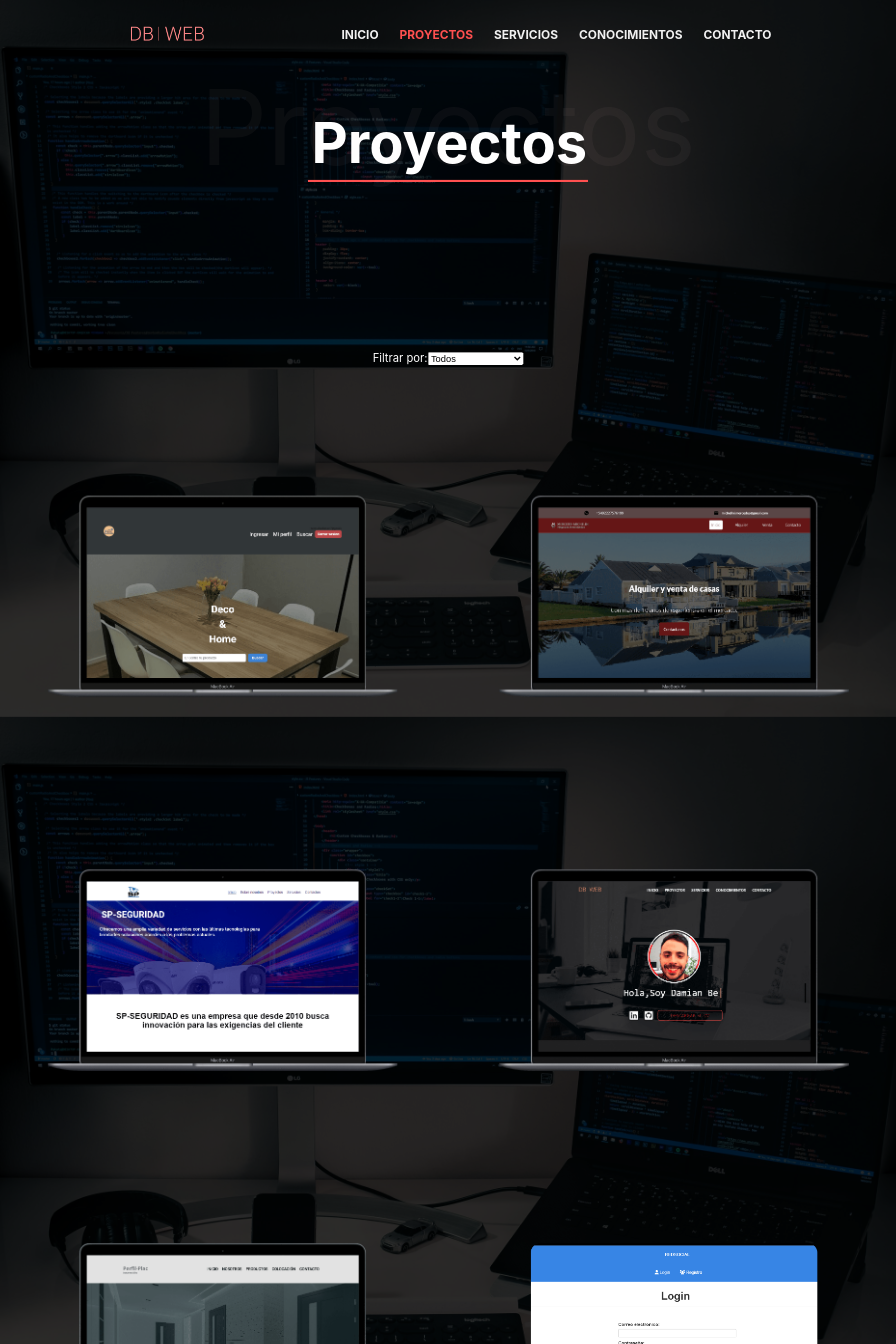
Repository: DamianBermudez94/DB-Porfolio
Page: /proyecto
The author's editor kept a copy of each file at every save. The page is drawn from the files as they stood at one save, then again after the next save.
The browser window is 1280 px wide. The pictures show the part of the page from y = 0 to 1920 px (the page is 2977 px tall before and 2986 px after), at 70% of full size.
Backgrounds fixed to the window are drawn as part of the page. Some web libraries are served in a nearby version. The project was rebuilt for these pictures with package versions that can differ from the ones it lists, and the page was loaded fresh each time. Also part of the build but not shown: vite.config.js, src/components/TextoCustom/styles.css, src/components/TextoCustom/CustomText.jsx, src/components/Home/styles.css, src/components/Home/Home.jsx, src/pages/Inicio.jsx, src/components/Servicios/styles.css, src/components/Servicios/Service.jsx and 8 more.

Above is the page before, as saved 2024-04-01 11:39:14.

### index.html
<!DOCTYPE html>
<html lang="es">
  <head>
    <meta charset="utf-8" />
    <meta name="viewport" content="width=device-width, initial-scale=1" />
    <meta name="geo.position" content="-35.1853171; -59.1479442" />
    <link
      rel="icon"
      type="image/png"
      sizes="32x32"
      href="./public/image/icons-favicon-DB.png"
    />
    <link
      rel="apple-touch-icon"
      type="image/png"
      sizes="32x32"
      href="./public/image/icons-favicon-DB.png"
    />

    <link rel="manifest" href="./src/manifiesto.json" />
    <title>Damián Bermúdez - Developer</title>
    <meta name="author" content="Damián Bermúdez" />
    <meta
      name="description"
      content="Desarrollador Web Full Stack - Diseñador Web - Paginás Web - Damián Bermúdez"
    />
    <meta name="theme-color" content="#000000" />
    <!--Estilos-->
    <script
      src="https://kit.fontawesome.com/bdbed0aafa.js"
      crossorigin="anonymous"
    ></script>
    <link rel="preconnect" href="https://fonts.gstatic.com" />
    <link rel="preconnect" href="https://fonts.gstatic.com" />
    <link rel="preconnect" href="https://fonts.gstatic.com" />
    <link rel="preconnect" href="https://fonts.gstatic.com" />
    <link
      href="https://fonts.googleapis.com/css2?family=Raleway:wght@200;300&family=Roboto:wght@100;300&display=swap"
      rel="stylesheet"
    />
  </head>
  <body>
    <div id="root"></div>
    <script type="module" defer src="/src/main.jsx"></script>
  </body>
</html>

### src/main.jsx
import ReactDOM from "react-dom/client";

import App from "./App";
import "./index.css";
const root = ReactDOM.createRoot(document.getElementById("root"));
root.render(<App />);

### src/App.jsx
import { useState, useEffect } from "react";
import { MisRutas } from "./routers/MisRutas";
import { BrowserRouter } from "react-router-dom";
import backgroundImage from "../public/image/banner-parallax2.jpg";
import "./App.css";
function App() {
  const [scrollPosition, setScrollPosition] = useState(0);

  useEffect(() => {
    const handleScroll = () => {
      setScrollPosition(window.pageYOffset);
    };

    window.addEventListener("scroll", handleScroll);

    return () => {
      window.removeEventListener("scroll", handleScroll);
    };
  }, []);

  return (
    <main className="content-main parallax-container">
      <div
        className="parallax-background"
        style={{
          backgroundImage: `url(${backgroundImage})`,
          backgroundPositionY: scrollPosition / 2 + "px",
        }}
      />
      <div className="parallax-content">
        <BrowserRouter>
          <MisRutas />
        </BrowserRouter>
      </div>
    </main>
  );
}

export default App;

### src/index.css
* {
  margin: 0;
  padding: 0;
  box-sizing: border-box;
}
body {
  font-family: -apple-system, BlinkMacSystemFont, "Segoe UI", "Roboto", "Oxygen",
    "Ubuntu", "Cantarell", "Fira Sans", "Droid Sans", "Helvetica Neue",
    sans-serif;
  -webkit-font-smoothing: antialiased;
  -moz-osx-font-smoothing: grayscale;
}

### src/routers/MisRutas.jsx
import {Routes, Route } from "react-router-dom";

import { Inicio } from "../pages/Inicio";
import { Servicios } from "../pages/Servicios";
import { AcerdaDe } from "../pages/AcerdaDe";
import { Contacto } from "../pages/contacto";
import { Proyectos } from "../pages/Proyecto";
import { Error } from "../components/Error";
import { NavHeader } from "../components/header/NavHeader";
import { Footer } from "../components/Footer/Footer";

export const MisRutas = () => {
  return (
    <div className="layout">
      {/*Header y navegacion*/}
      <NavHeader />
      {/*Contenido general*/}

      <Routes>
        <Route path="/" element={<Inicio />} />
        <Route path="/inicio" element={<Inicio />} />
        <Route path="/servicios" element={<Servicios />} />
        <Route path="/conocimientos" element={<AcerdaDe />} />
        <Route path="/contacto" element={<Contacto />} />
        <Route path="/proyecto" element={<Proyectos />} />
        <Route path="*" element={<Error />} />
      </Routes>

      {/* Footer*/}
      <Footer />
    </div>
  );
};

### src/App.css
.parallax-container {
  position: relative;
  overflow: hidden;
  color: #fff;


}
.parallax-background {
  position: absolute;
  top: 0;
  left: 0;
  width: 100%;
  height: 100%;
  background-size: cover;
  background-position: center;
  background-attachment: fixed;

}
.parallax-content {
 /* Agregamos una transición para suavizar la animación */
  padding-top: 150px;
  background-color: rgba(0, 0, 0, 0.8);
  position: relative;
  z-index: 1; /* Asegura que el contenido esté sobre la imagen de fondo */
}

### src/pages/Proyecto.jsx
import { ListadoTrabajos } from "../components/Proyectos/ListaTrabajos";

export const Proyectos = () => {
  return (
    <section className="section-proyectos">
      <h1 className="title-proyectos">Proyectos</h1>
      <span className="sub-title__proyectos">Proyectos</span>
      <ListadoTrabajos />
    </section>
  );
};

### src/components/header/NavHeader.jsx
import { useState, useEffect } from "react";
import { NavLink } from "react-router-dom";
import "./NavHeader.css";
import BurguerButton from "./burgerButton";

export const NavHeader = () => {
  const [clicked, setClicked] = useState(false);
  const [scrolled, setScrolled] = useState(false);
  const handleClick = () => {
    //cuando esta true lo pasa a false y vice versa
    setClicked(!clicked);
  };
  useEffect(() => {
    const handleScroll = () => {
      if (window.scrollY > 50) {
        setScrolled(true);
      } else {
        setScrolled(false);
      }
    };

    window.addEventListener("scroll", handleScroll);

    // Limpiar el event listener en el desmontaje del componente
    return () => {
      window.removeEventListener("scroll", handleScroll);
    };
  }, []);

  return (
    <header className={`header ${scrolled ? "scrolled" : ""}`}>
      <div className="nav-content">
        <div className="logo">
          <NavLink to="/inicio">
            <img
              src={"/image/Logo-DB.png"}
              alt="Damian Bermudez desarrollador web"
            ></img>
          </NavLink>
        </div>

        <BurguerButton
          className="btn-menu"
          clicked={clicked}
          handleClick={handleClick}
        />
        <nav className={`menu ${clicked ? "active" : ""}`}>
          <ul>
            <li>
              <NavLink
                to="/inicio"
                onClick={handleClick}
                className={({ isActive }) => (isActive ? "active" : "")}
              >
                Inicio
              </NavLink>
            </li>
            <li>
              <NavLink
                to="/proyecto"
                onClick={handleClick}
                className={({ isActive }) => (isActive ? "active" : "")}
              >
                proyectos
              </NavLink>
            </li>
            <li>
              <NavLink
                to="/servicios"
                onClick={handleClick}
                className={({ isActive }) => (isActive ? "active" : "")}
              >
                servicios
              </NavLink>
            </li>
            <li>
              <NavLink
                to="/conocimientos"
                onClick={handleClick}
                className={({ isActive }) => (isActive ? "active" : "")}
              >
                conocimientos
              </NavLink>
            </li>
            <li>
              <NavLink
                to="/contacto"
                onClick={handleClick}
                className={({ isActive }) => (isActive ? "active" : "")}
              >
                contacto
              </NavLink>
            </li>
          </ul>
        </nav>
      </div>
    </header>
  );
};

### src/components/Footer/Footer.jsx

import './Footer.css'
export const Footer = () => {
  return (
    <footer className="footer">
      <div className="contenedor-footer container">
          <div className="footer-redes__sociales">
              <a href="https://www.facebook.com" className="link-redes_sociales" ><i className="fab fa-facebook facebook"></i></a>
              <a href="https://www.instagram.com" className="link-redes_sociales" ><i className="fab fa-instagram instagran"></i></a>
              <a href="https://www.linkedin.com" className="link-redes_sociales" ><i className="fab fa-linkedin linkedin"></i></a>
              <a href="https:/www.github.com" className="link-redes_sociales" ><i className="fab fa-github-square github"></i></a>
          </div>
          <hr className='footer-linea__separacion' />
          <div className="footer-text">
              <p className="title-copy">Hecho por<a className="title-footer" href="https://damianbermudezdev.es/">DB|WEB</a></p>
          </div>
      </div>
    </footer>
  )
}

### src/components/header/NavHeader.css
.header {
  height: 80px;
  width: 100%;
  max-width: 1200px;
  display: flex;
  justify-content: space-around;
  align-items: center;
  position: fixed;
  top: 0;
  right: 0;
  left: 0;
  z-index: 1000;
  padding: 50px 20px;
margin: 0 auto;
  transition: background-color 0.5s ease;
}

/* Cambiar el fondo al hacer scroll */
.header.scrolled {
  background-color: rgba(83, 83, 83, 0.9);
  border-radius: 10px;
  width: 80%;
  display: flex;
  justify-content: center;
  align-items: center;
  position: fixed;

  margin: 0 auto;
}

.nav-content {
  width: 90%;
  height: 80px;
  margin: 0 auto;
  display: flex;
  justify-content: space-around;
  padding: 5px;
  align-items: center;
}
.header .logo img {
  width: 150px;
  height: 100px;
  object-fit: cover;
}

.header nav ul {
  display: flex;
  justify-content: center;
  align-items: center;
  list-style: none;
}
.header li {
  text-decoration: none;
  text-transform: uppercase;
  font-size: 17px;
  font-weight: bold;
  margin: 15px;
}
.header li a {
  text-decoration: none;
  transition: all 300ms;
  color: #f1f1f1;
}
.header .active,
.header a:hover {
  color: rgb(255, 80, 80);
}

.header .btn-menu {
  display: none;
}
@media screen and (max-width: 960px) {
  .header {
    max-width: 900px;
  }

  .header .logo img {
    width: 200px;
    height: 150px;
  }

  .menu {
    list-style-type: none;
    margin: 0;
    padding: 0;
    transform: translateY(-100%);
    transition: transform 0.5s ease-in-out;
    position: fixed;
    top: 150px;
    left: 0%;
    width: 100%;
    height: 100vh;
    width: 100%;
    display: flex;
    flex-direction: column;
    align-items: center;
    justify-content: center;
    height: 0;
    overflow: hidden;
    background-color: rgba(255, 255, 255, 0);
    backdrop-filter: blur(19px);
  }

  .menu.active {
    transform: translateY(0);
    width: 100%;
    height: 100vh;
    bottom: 10px;
    display: block;
    margin: 0 auto;
  }

  .menu ul {
    flex-direction: column;
    align-items: center;
    justify-content: center;
  }

  .menu li {
    width: 100%;
    margin: 10px auto;
    border-bottom: 1px solid rgb(255, 1, 1);
    margin: 10px 0;
    transform: translateY(-50px);
    opacity: 0;
    transition: transform 0.5s ease, opacity 0.5s ease;
  }
  .menu.active li {
    transform: translateY(0);
    opacity: 1;
    padding: 10px;
  }
  .menu a {
    text-decoration: none;
    color: #fff;
    font-size: 20px;
    transition: color 0.3s;
  }
  .menu a:hover {
    color: #ffd700;
  }
}
@media screen and (max-width: 480px) {
  .header {
    padding: 50px;

  }
  .header .logo img {
    width: 150px;
    height: 100px;
  }
}

### src/components/header/burgerButton.jsx
/* eslint-disable react/prop-types */

import styled from "styled-components";

function BurguerButton(props) {
  return (
    <Burguer>
      <div
        onClick={props.handleClick}
        className={`btn-menu nav-icon-5 ${props.clicked ? "open" : ""}`}
      >
        <span></span>
        <span></span>
        <span></span>
      </div>
    </Burguer>
  );
}

export default BurguerButton;

const Burguer = styled.div`
  /* nav-icon-5 */
  .nav-icon-5 {
    width: 35px;
    height: 30px;
    position: relative;
    cursor: pointer;
    display: flex;
    margin: 25px auto;
  }
  .nav-icon-5 span {
    background-color: #fff;
    position: absolute;
    border-radius: 2px;
    transition: 0.3s cubic-bezier(0.8, 0.5, 0.2, 1.4);
    width: 100%;
    height: 4px;
    transition-duration: 500ms;
  }
  .nav-icon-5 span:nth-child(1) {
    top: 0px;
    left: 0px;
  }
  .nav-icon-5 span:nth-child(2) {
    top: 13px;
    left: 0px;
    opacity: 1;
  }
  .nav-icon-5 span:nth-child(3) {
    bottom: 0px;
    left: 0px;
  }
  .nav-icon-5:not(.open):hover span:nth-child(1) {
    transform: rotate(-3deg) scaleY(1.1);
  }
  .nav-icon-5:not(.open):hover span:nth-child(2) {
    transform: rotate(3deg) scaleY(1.1);
  }
  .nav-icon-5:not(.open):hover span:nth-child(3) {
    transform: rotate(-4deg) scaleY(1.1);
  }
  .nav-icon-5.open span:nth-child(1) {
    transform: rotate(45deg);
    top: 13px;
  }
  .nav-icon-5.open span:nth-child(2) {
    opacity: 0;
  }
  .nav-icon-5.open span:nth-child(3) {
    transform: rotate(-45deg);
    top: 13px;
  }
  @media screen and (min-width: 960px) {
    .btn-menu {
      display: none;
    }
  }
`;

### src/components/Footer/Footer.css
.footer {
  min-height: 120px;
  line-height: 7px;
  text-align: center;
  font-size: 22px;
  padding: 45px;
  background-color: #212121;
}

.contenedor-footer {
  display: flex;
  flex-direction: column;
  justify-content: center;
  align-content: center;
  margin: 0 auto;
  padding: 20px;
}
.footer-text {
  display: flex;
  justify-content: center;
  align-items: center;
  padding: 10px;
  margin-top: 20px;
}
.title-copy {
  text-align: center;
  font-size: 26px;
  font-weight: 300;
}
.title-footer {
  text-decoration: none;
  color: rgb(252, 136, 136);
  margin-left: 5px;
}
.footer-linea__separacion{
  height: 1px;
  width: 100%;
  max-width: 700px;
  margin: 0 auto;


}
body.dark .title-copy {
  color: #f1f1f1;
}

.footer-redes__sociales {
  display: flex;
  justify-content: center;
  align-items: center;
  text-align: center;
  margin-bottom: 10px;
}
.link-redes_sociales {
  text-decoration: none;
  width: 50px;
  height: 50px;
  margin: 10px;
  color: rgb(255, 255, 255);
  background-color: rgb(28, 28, 28);
  border-radius: 10px;
  text-align: center;
  position: relative;
  transition: transform 0.4s;
  font-size: 26px;
  padding: 4px;
}
.link-redes_sociales:hover {
  transform: rotate(45deg);
}
.link-redes_sociales::before {
  content: "";
  position: absolute;
  width: 100%;
  height: 100%;
  opacity: 0;
  background-color: #373737;
  border-radius: 10px;
  transition: opacity 0.2s;
}
.link-redes_sociales:hover::before {
  opacity: 0.4;
}
.link-redes_sociales:nth-child(1)::before {
  background-color: rgb(255, 80, 80);
}
.link-redes_sociales:nth-child(2)::before {
  background-color: rgb(255, 80, 80);
}
.link-redes_sociales:nth-child(3)::before {
  background-color: rgb(255, 80, 80);
}
.link-redes_sociales:nth-child(4)::before {
  background-color: rgb(255, 80, 80);
}

.link-redes_sociales:hover::before {
  transform: translate(-4px, -4px);
  filter: blur(10px);
}

.link-redes_sociales i {
  font-size: 1.7em;
  transition: all 0.4s;
}
.link-redes_sociales:hover i {
  color: #f1f1f1;
  transform: rotate(-45deg);
}

body.dark .redes-sociales i {
  color: #f1f1f1;
}

### src/components/Proyectos/styles.css
/**--Estilos seccion Proyectos--**/
.section-proyectos {
  text-align: center;
  margin: 0;
  padding: 0;
}

.title-proyectos {
  width: 100%;
  max-width: 400px;
  padding: 5px;
  margin: 0 auto;
  font-size: 80px;
  color: rgb(255, 255, 255);
  border-bottom: 3px solid rgb(255, 80, 80);
}
.sub-title__proyectos {
  position: relative;
  opacity: 0.04;
  font-size: 150px;
  top: -170px;
  right: 0;
  color: rgb(253, 214, 214);
}
.container-proyectos {
  position: relative;
  top: 0;
  left: 0;
  width: 100%;
  max-width: 1600px;
  display: grid;
  grid-template-columns: repeat(2, 1fr);
  grid-gap: 30px;
  padding: 10px;
  margin: 0 auto;
}
.container-filtro{
  width: 100%;
  grid-column: span 2;
  padding: 50px;
}
.card-proyectos {
  width: 100%;
  display: flex;
  align-items: center;
  flex-direction: column;
  margin: 0 auto;
}
.content-proyectos__img img {
  object-fit: contain;
  border-radius: 5px;
  width: 700px;
  height: 500px;
  cursor: pointer;
  transition: all 0.5s;
}
.content-proyectos__img img:hover {
  filter: drop-shadow(5px 5px 3px red);
}

.card-proyectos span {
  display: block;
  color: white;
  font-size: 18px;
  margin-top: 35px;
}
.card-proyectos h2 {
  display: block;
  color: white;
  margin-top: 5px;
  font-size: 25px;
}
.card-proyectos a {
  color: white;
  text-decoration: none;
  transition: none;
  text-align: center;
}

.content-proyectos__enlace {
  width: 100%;
  display: flex;
  justify-content: center;
  align-items: center;
  padding: 20px;
  margin: 0 auto;
}

.proyectos-enlace {
  width: 40%;
  max-width: 200px;
  text-decoration: none;
  display: flex;
  align-items: center;
  justify-content: center;
  margin: 0 auto;
  font-size: 18px;
  cursor: pointer;
  text-transform: uppercase;
  letter-spacing: 2px;
  color: rgb(255, 0, 0);
  background-color: transparent;
  outline: 2px solid rgb(255, 80, 80);
  border: none;
  border-radius: 8px;
  padding: 10px 20px;
  position: relative;

  overflow: hidden;
  transition: color 1s;
}

.proyectos-enlace:hover {
  color: #000000;
  z-index: 1;
}

.proyectos-enlace::before {
  content: "";
  position: absolute;
  top: 0;
  left: -50px;
  width: 150%;
  height: 100%;
  background-color: rgba(255, 85, 85, 0.5);
  border: none;
  outline: 3px solid rgb(0, 0, 0);
  transform: scaleX(0) skewX(35deg);
  transform-origin: left;
  z-index: -1;
  transition: transform 1s;
}

.proyectos-enlace:hover::before {
  transform: scaleX(1) skewX(35deg);
}

/* Modal personalizado */
.mi-modal {
  width: 600px;
  height: 500px;
  display: flex;
  justify-content: space-between;
  align-items: center;
  background-color: rgba(0, 0, 0, 0.9);
  border-radius: 5px;
  box-shadow: 0 0 10px rgba(247, 10, 10, 0.9);
  padding: 20px;
}
.container-modal {
  width: 100%;
  height: 100%;
  display: flex;
  justify-content: space-around;
  padding: 10px;
  flex-direction: column;
}

.mi-modal-overlay {
  width: 100%;
  height: 100vh;
  color: #fff;
  display: flex;
  justify-content: center;
  align-items: center;
  position: fixed;
  top: 0;
  left: 0;
  right: 0;
  bottom: 0;
  background-color: rgba(0, 0, 0, 0.2);
  margin: 0 auto;
  z-index: 111111111111111111111;
}
@media (max-width: 1480px) {
  .content-proyectos__img img {
    width: 500px;
    height: 500px;
  }
}

@media (max-width: 1120px) {
  .content-proyectos__img img {
    width: 450px;
    height: 450px;
  }
}
@media (max-width: 960px) {
  .container-proyectos {
    display: grid;
    grid-template-columns: repeat(1, 1fr);
    grid-gap: 10px;
  }
  .mi-modal {
    width: 400px;
    height: 500px;
    display: flex;
    justify-content: space-between;
    align-items: center;
    background-color: rgba(0, 0, 0, 0.336);
    border-radius: 5px;
    padding: 20px;
    box-shadow: 0 0 10px rgba(247, 10, 10, 0.9);
  }
}
@media (max-width: 760px) {
  .container-proyectos {
    grid-template-columns: repeat(1, 1fr);
  }
  .content-proyectos__img img {
    width: 400px;
    height: 400px;
  }
  .sub-title__proyectos {
    font-size: 105px;
    top: -135px;
  }
}
@media (max-width: 480px) {
  .title-proyectos {
    font-size: 40px;
    max-width: 300px;
  }
  .sub-title__proyectos {
    font-size: 70px;
    top: -90px;
  }
  .content-proyectos__img img {
    width: 300px;
    height: 300px;
  }
  .mi-modal {
    width: 300px;
  }
}
@media (max-width: 360px) {
  .title-proyectos {
    font-size: 35px;
    max-width: 200px;
  }
  .sub-title__proyectos {
    font-size: 50px;
    top: -70px;
  }
  .content-proyectos__img img {
    width: 250px;
    height: 250px;
  }
  .mi-modal {
    width: 300px;
  }
}

Loaded but not shown: src/data/trabajos.js (92 lines, source omitted); src/components/Proyectos/ListaTrabajos.jsx (115 lines, source omitted)

After the next save:
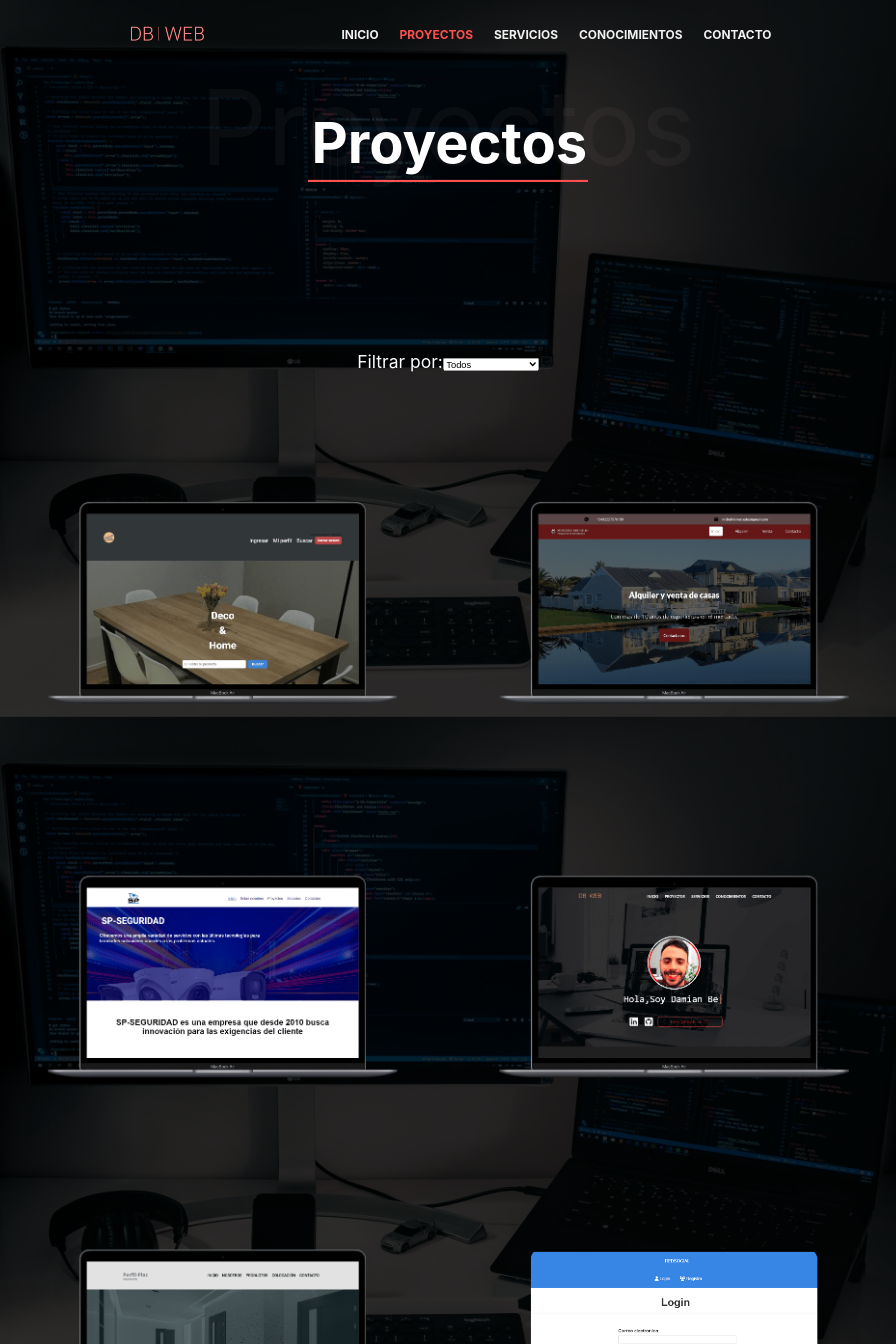
Saved 34 s later.
--- a/src/components/Proyectos/styles.css
+++ b/src/components/Proyectos/styles.css
@@ -38,6 +38,9 @@
   width: 100%;
   grid-column: span 2;
   padding: 50px;
+}
+.container-filtro label{
+  font-size: 25px;
 }
 .card-proyectos {
   width: 100%;
